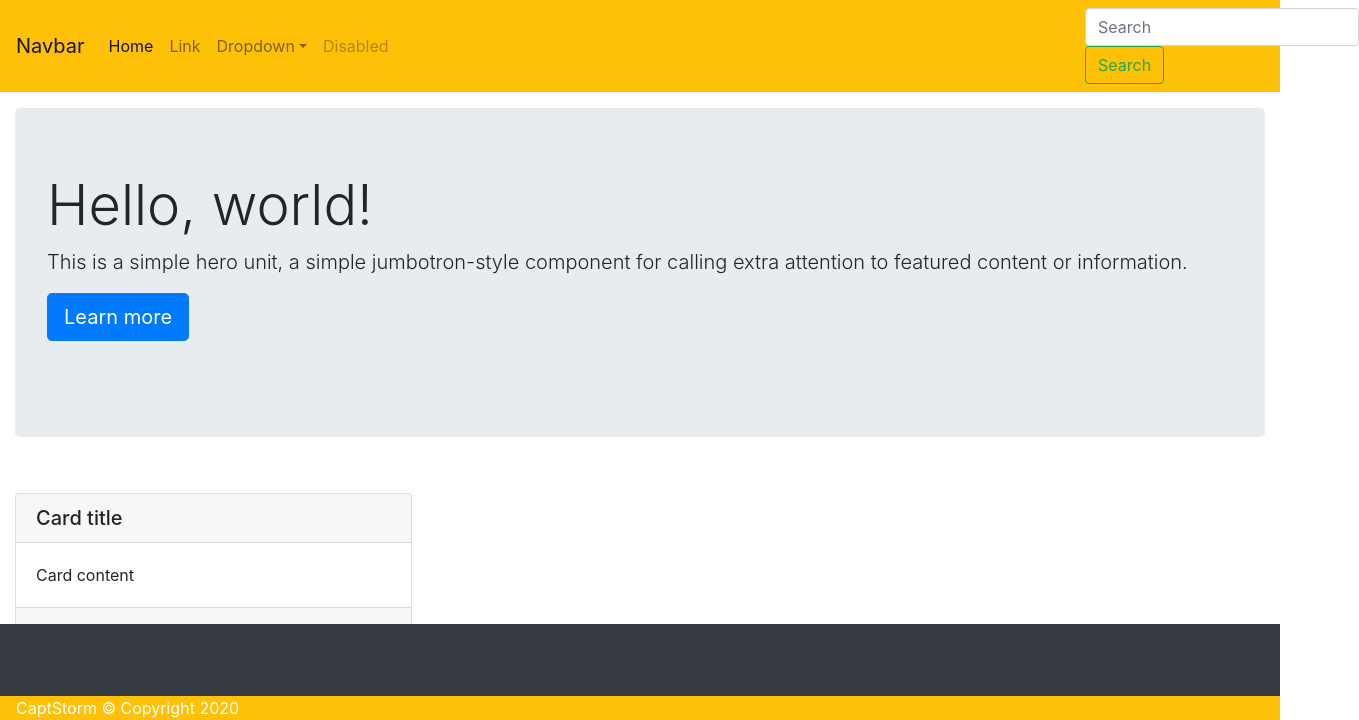
Repository: CaptainStorm21/complete-react16-bootstrap-passing-props
Page: /
The author's editor kept a copy of each file at every save. The page is drawn from the files as they stood at one save, then again after the next save.
The browser window is 1280 px wide. The page is 1359 px wide, then 1280 px, so the pictures cover 1359 px, including what lies to the right of the window. The pictures show the whole page.
The project was rebuilt for these pictures with package versions that can differ from the ones it lists, and the page was loaded fresh each time.

Above is the page before, as saved 2020-04-23 14:24:35.

After the next save:
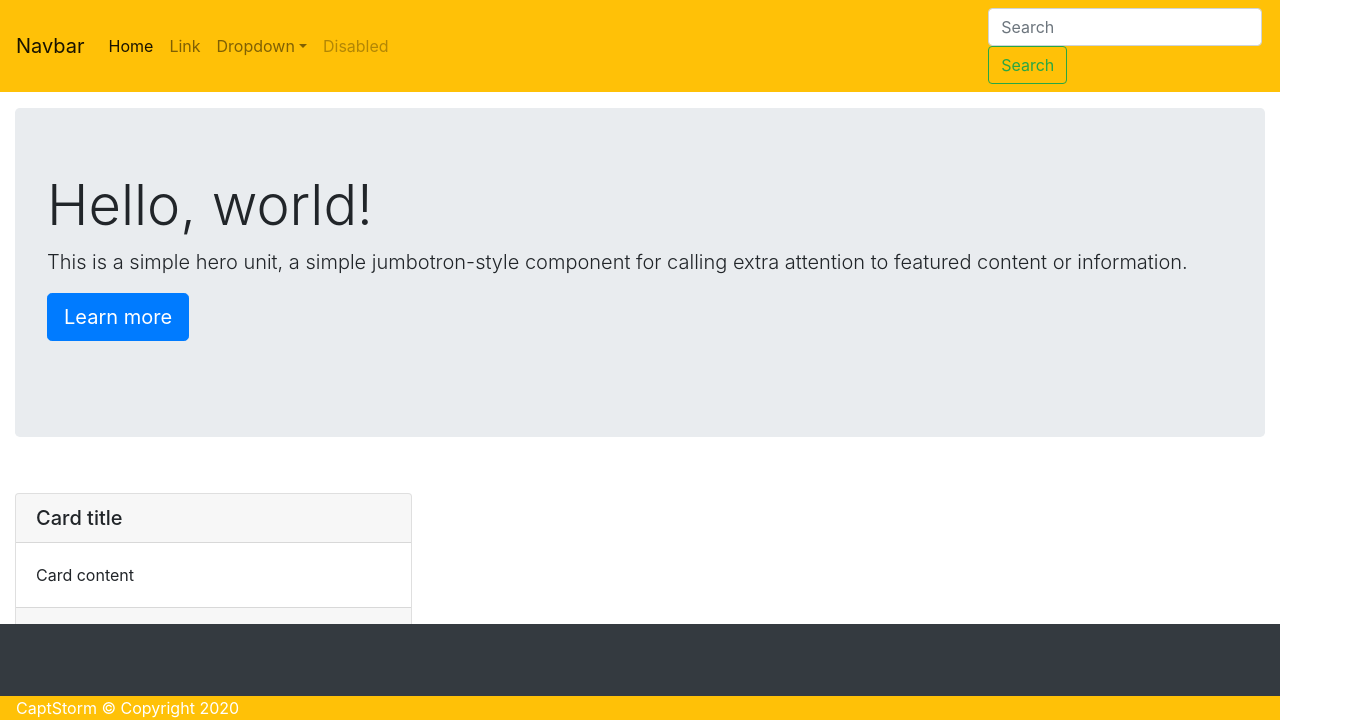
Saved 6 s later.
--- a/src/components/layout/Navbar.js
+++ b/src/components/layout/Navbar.js
@@ -32,7 +32,7 @@ function Navbar() {
               <a className="nav-link disabled" href="/">Disabled</a>
             </li>
           </ul>
-          <div className = "col-2">
+          <div className = "col-3">
           <form className="form-inline ">
             <input className="form-control " type="search" placeholder="Search" aria-label="Search" />
             <button className="btn btn-outline-success" type="submit">Search</button>
